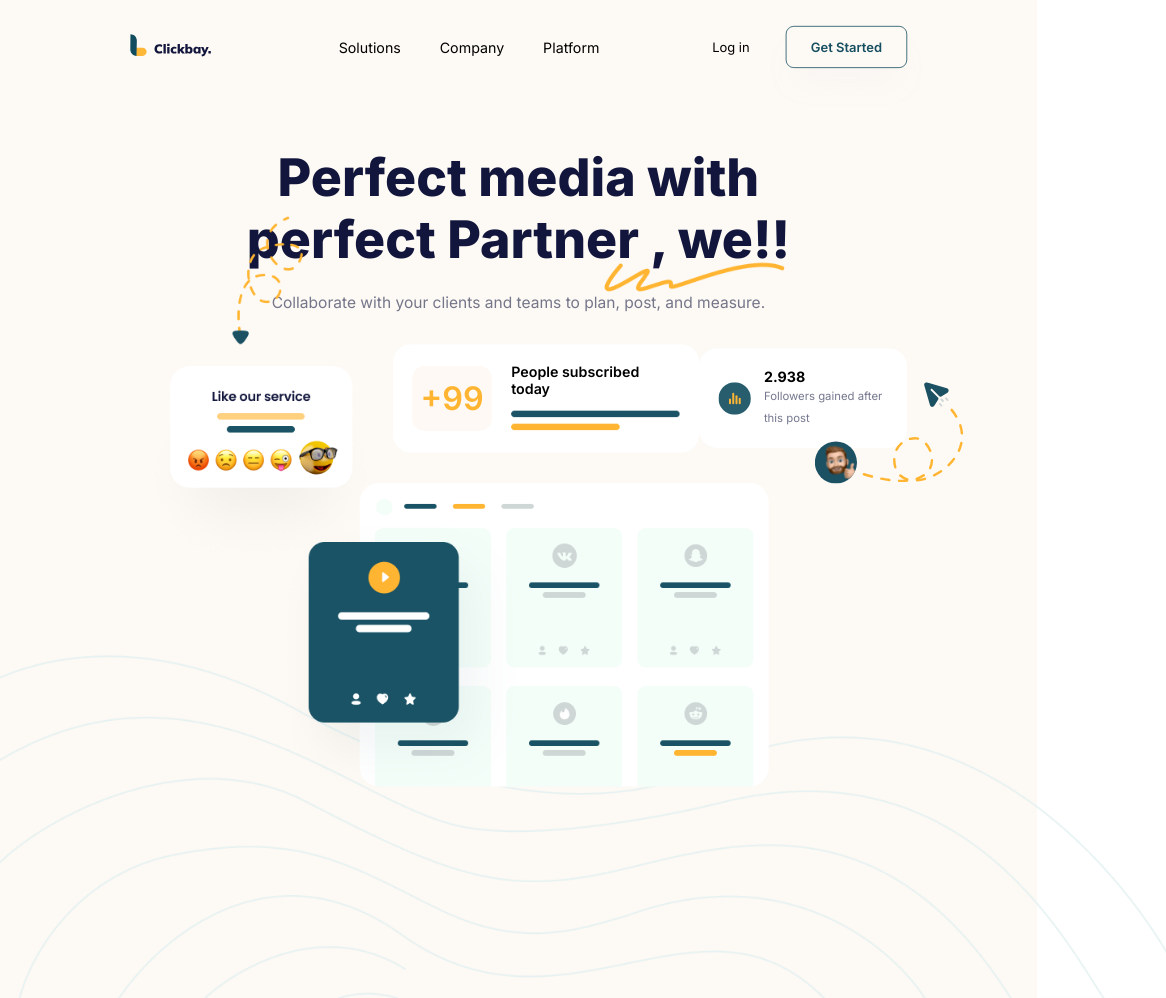
Repository: badhon252/Clickbay
Page: index.html
The author's editor kept a copy of each file at every save. The page is drawn from the files as they stood at one save, then again after the next save.
The browser window is 1280 px wide. The page is 1440 px wide, so the pictures cover 1440 px, including what lies to the right of the window. The pictures show the whole page, at 81% of full size.
The style sheet was rebuilt from its Sass, Less or Tailwind sources for each picture, by a compiler version that may differ from the author's.

Above is the page before, as saved 2022-09-04 04:25:14.

After the next save:
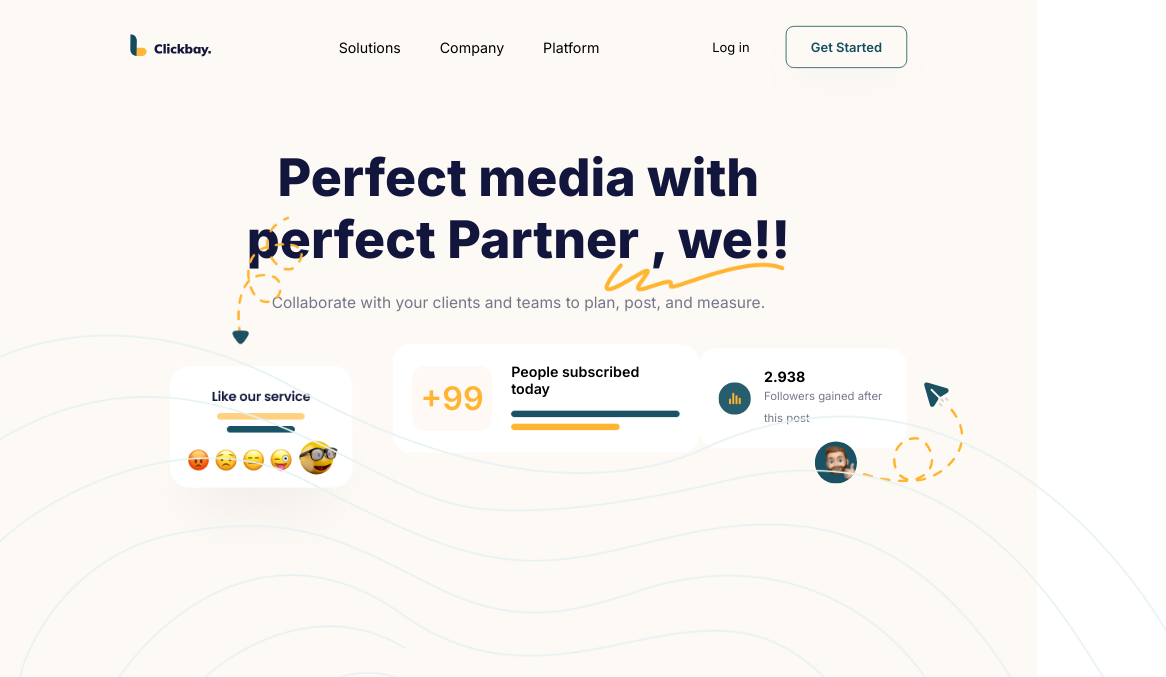
Not found: images/Group 676.png
Saved 86 s later.
--- a/index.html
+++ b/index.html
@@ -67,7 +67,7 @@
                     </div>
                 </div>
 
-                <img src="./images/Group 933.png" alt="" class="group-933">
+                <img src="./images/Group 676.png" alt="" class="group-933">
 
             </div>
         </div>

After the save that followed:
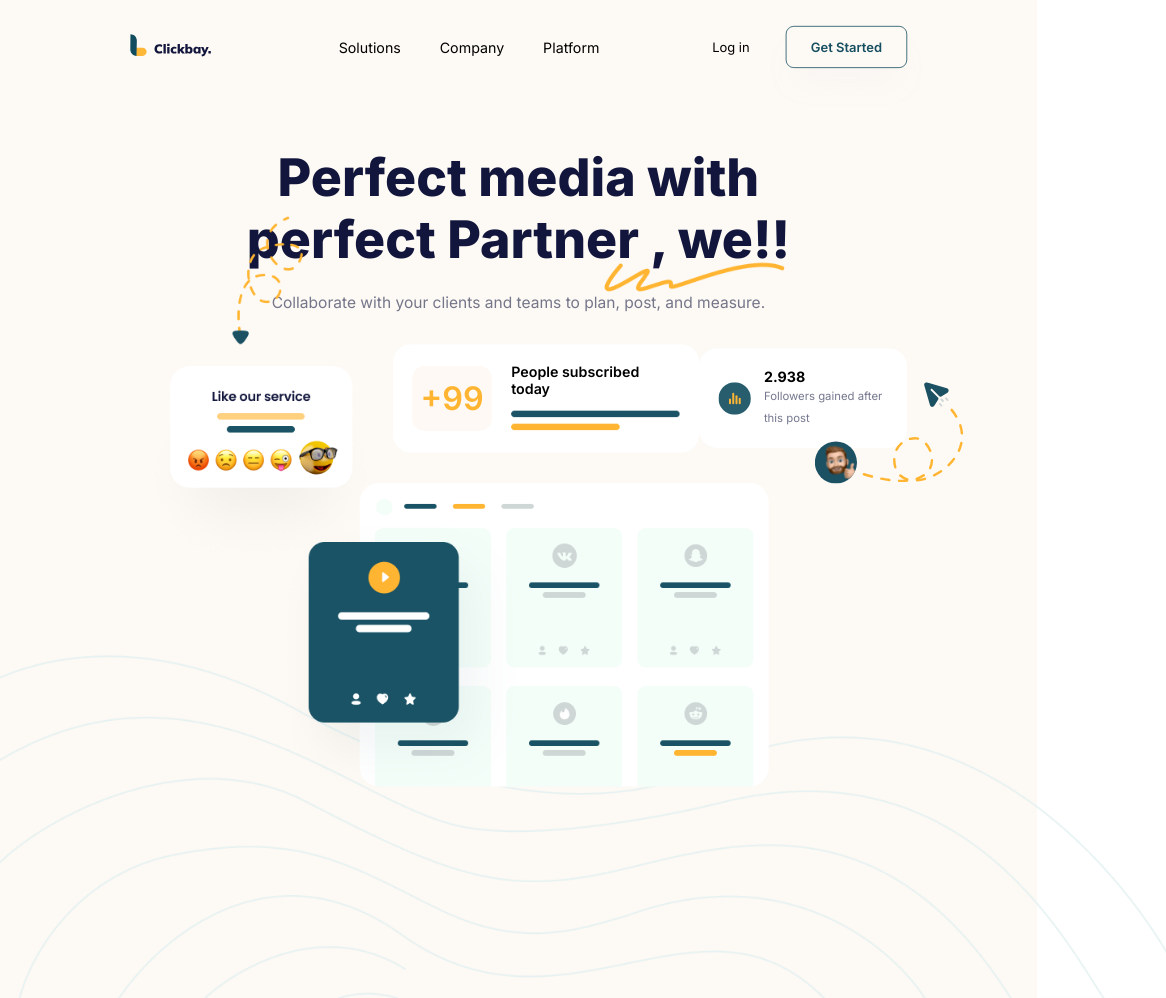
Saved 12 s later.
--- a/index.html
+++ b/index.html
@@ -67,7 +67,7 @@
                     </div>
                 </div>
 
-                <img src="./images/Group 676.png" alt="" class="group-933">
+                <img src="./images/Group 933.png" alt="" class="group-933">
 
             </div>
         </div>
